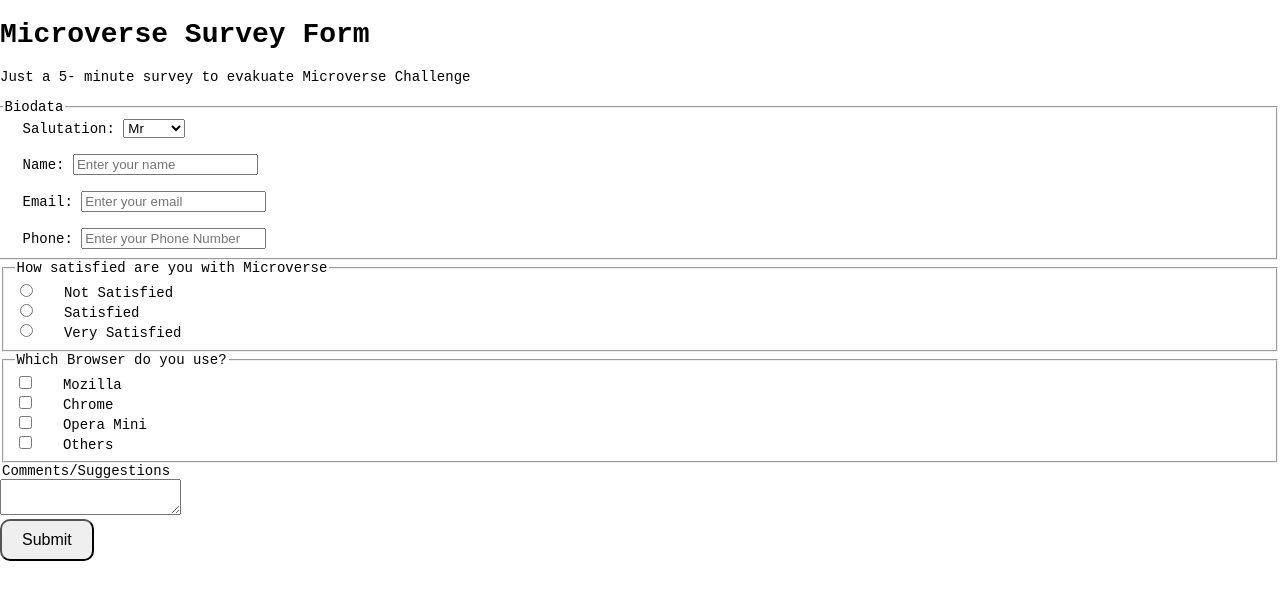
Repository: ahmedmeshref/Microverse-project
Page: index.html
These files come from the project's save history. The page is drawn as it stood at one moment and after the next save; the edit follows.
The browser window is 1280 px wide. The pictures show the whole page.

Above is the page before, as saved 2019-03-29 16:06:18.

After the next save:
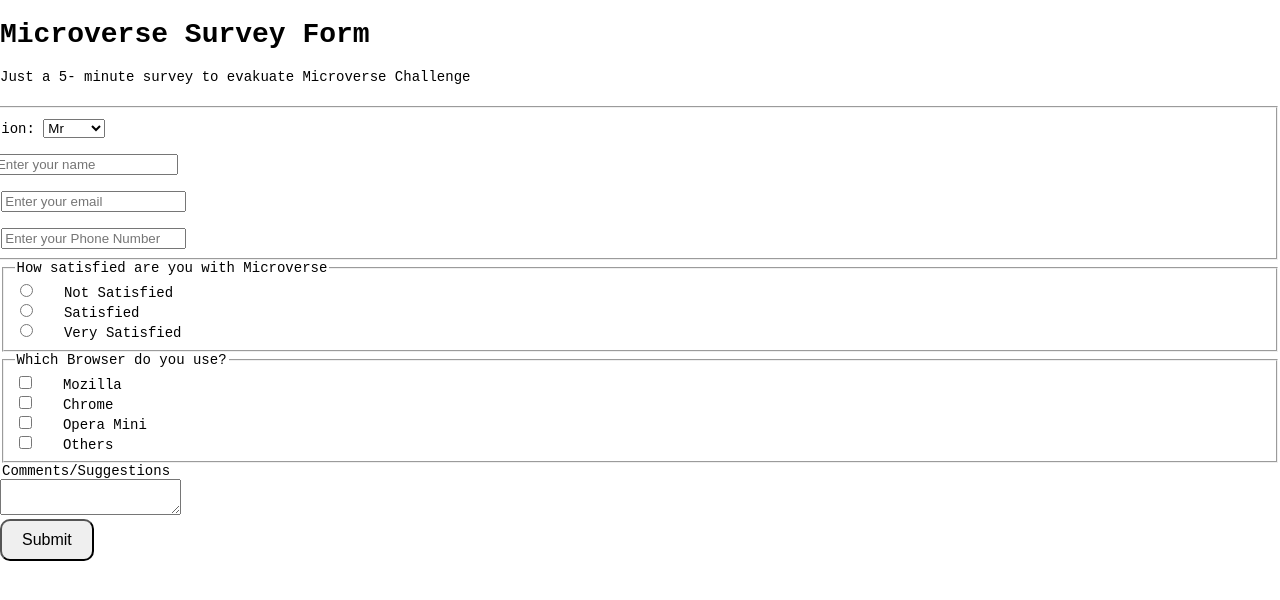
Saved 15 s later.
--- a/css/style.css
+++ b/css/style.css
@@ -13,7 +13,7 @@
 .bio {}
 
 #intro {
-    margin-left: -10px;
+    margin-left: -90px;
 }
 
 label {
